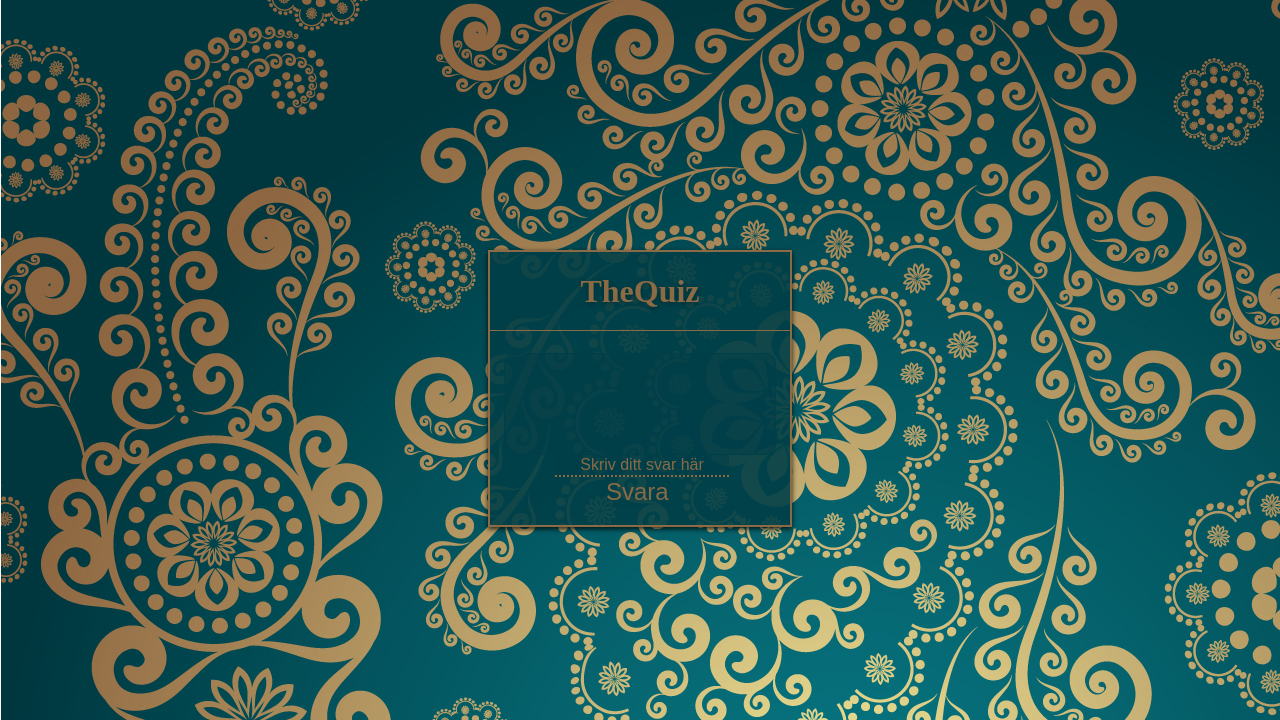
Repository: RebeccaFransson/1dv403-laborationer
Page: 4-thequiz/index.html
The author's editor kept a record of every edit. The page is drawn from the files as they stood at one moment, then again after the next edit.
The browser window is 1280 px wide. The pictures show the whole page.
The page's requests for data from a server got no answer.

Above is the page before.

### 4-thequiz/index.html
<!DOCTYPE html>
<html lang="sv">
<head>
	<meta charset="UTF-8" />
	<link rel="stylesheet" href="style.css" />
    <title>JavaScript - TheQuiz</title>
</head>
    <body>
        <div id="content">
        <header><h1>TheQuiz</h1></header>
        <div id="nr">
            <div id="quest"></div>

        </div>
        <form>
     		<input placeholder="Skriv ditt svar här" type="text" id="textvalue" >
     		<input type="submit" value="Svara" id="send"/>
     		<p id="value"></p>
        </form>

        <div id="wrong" class="hidden" >
            <h2>Fel svar</h2> försök igen!
        </div>
        <div id="right" class="hidden" >
            <h2>Rätt svar</h2> nu svara på nästa fråga!
        </div>

 		</div>
 		<script src="script/theQuiz.js"></script>
    </body>
</html>

### 4-thequiz/style.css
body{
    background-image: url('BG.jpg');
    color:#8B6B45;
}
#content{
    width:300px;
    margin:auto;
    margin-top:250px;
    border: 2px solid #8B6B45;
    box-shadow: 0 2px 5px rgba(0, 0, 0, 0.8);
    background-color:rgba(0, 63, 72, 0.9);

}
h1{
    width: 300px;
    text-align:center;
    border:rgba(0, 63, 72, 0.5);
    border-bottom:1px solid #8B6B45;
    padding-bottom:20px;
    text-shadow: 0 2px 5px rgba(0, 0, 0, 0.3);
}
#nr{
    width: 270px;
    height:100px;
    margin:auto;
    text-shadow: 0 2px 5px rgba(0, 0, 0, 0.8);
    text-align:center;
    font-size:1em;
    background-color:rgba(0, 63, 72, 0.5);
    border:1px solid rgb(0, 63, 72);
    -moz-border-radius: 10px;
    border-radius: 10px;
}
#quest{
    text-shadow: 0 2px 5px rgba(0, 0, 0, 0.3);
    text-align:center;
    font-size:2em;
    margin:10px;
}
form{
    width:270px;
    height:70px;
    margin:auto;
}
#textvalue{
    width:170px;
    position:relative;
    left:50px;
    border:rgba(0, 63, 72, 0.5);
    border-bottom:2px dotted #8B6B45;
    text-align:center;
    font-size:1em;
    background-color:rgba(0, 63, 72, 0.5);
    color: #8B6B45;
}
#send{
    width:70px;
    color: #8B6B45;
    margin-left:95px;
    border:none;
    font-size:1.5em;
    background-color:rgba(0, 63, 72, 0.1);

}
#send:hover{
    color:#8D6541;
    text-shadow: 0 5px 5px rgba(0, 0, 0, 0.3);
}
::-webkit-input-placeholder {
   color: #8B6B45;
}

:-moz-placeholder { /* Firefox 18- */
   color: #8B6B45;
}

::-moz-placeholder {  /* Firefox 19+ */
   color: #8B6B45;
}

:-ms-input-placeholder {
   color: #8B6B45;
}

.answer{
    width:300px;
    font-size:1.5em;
    text-align:center;
    position:absolute;
    top:270px;
    -moz-border-radius: 10px;
    border-radius: 10px;
    box-shadow: 0 5px 5px rgba(0, 0, 0, 0.8);
}

h2{
    font-size:1.8em;
    text-shadow: 0 2px 5px rgba(0, 0, 0, 0.3);
    margin:0;
}
#wrong{
    background-color:red;
}
#right{
    background-color:green;
}
.hidden{
    display:none;
}

### 4-thequiz/script/theQuiz.js
window.onload = function()  {


        var xhr = new XMLHttpRequest();

        xhr.onreadystatechange = function(){ //denna kod skall köras när vi får ett svar
            console.log('svar');
            if(xhr.readyState === 4 && xhr.status === 200){//allt ok

                var quest = JSON.parse(xhr.responseText);
                console.log('OK'+quest.question); //svarstext

                document.getElementById('quest').innerHTML = quest.question;

                document.getElementById('send').addEventListener('click', function(e){//hämtar ut knapp, sätter klick

            });


            }else if(xhr.status === 404){
                    console.log('Hittades ej');
            }else{
                console.log('Fått tillbaka svar men annat fel' + xhr.readyState);
            }


        };

        xhr.open('GET', "http://vhost3.lnu.se:20080/question/1", true); //asynkromt anrop

        xhr.send(null);



}

var send = function(){


                var input = document.getElementById('textvalue').value;

                xhr.open('POST', quest.nextURL, true);//skicka data till nästa url
                xhr.setRequestHeader('Content-Type', 'application/json');//talar om att ypen är json
                var product = {
                    id: 1,
                    answer: input,
                }
                xhr.send(JSON.stringify(product));

                console.log(back.message);
}

After the next edit:
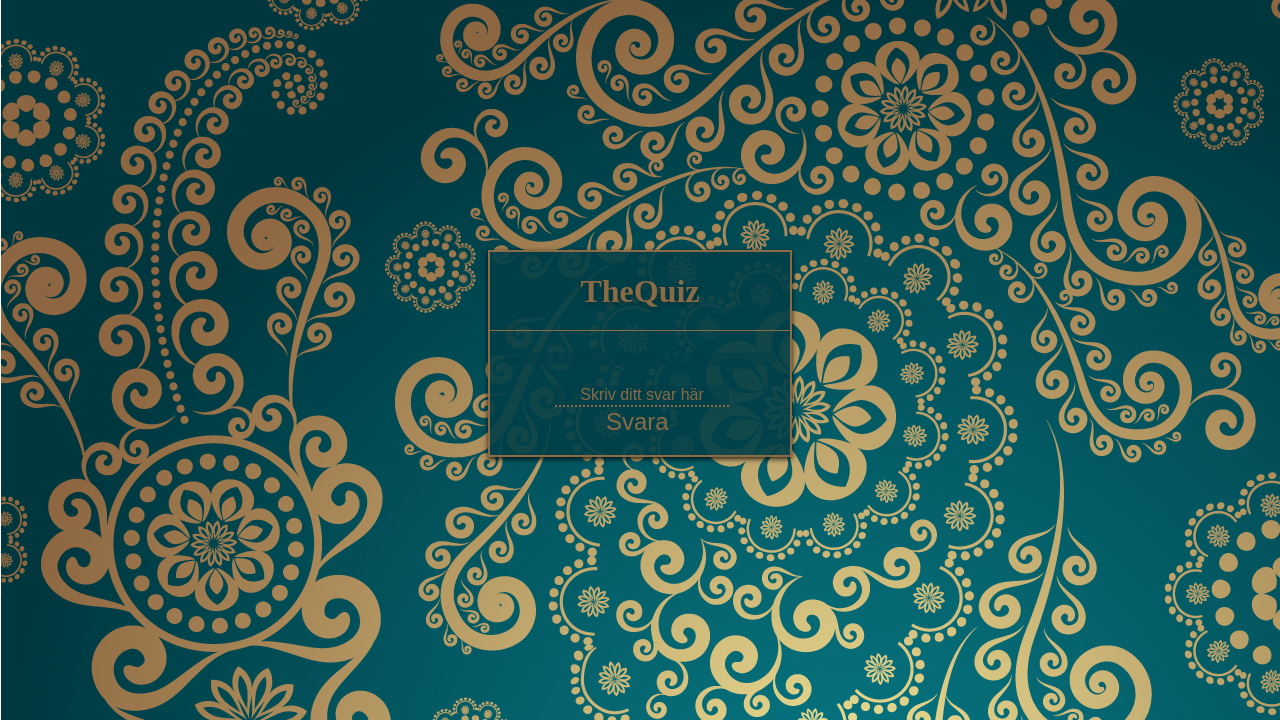
The edit:
--- a/4-thequiz/style.css
+++ b/4-thequiz/style.css
@@ -21,8 +21,8 @@
 }
 #nr{
     width: 270px;
-    height:100px;
     margin:auto;
+    margin-bottom:20px;
     text-shadow: 0 2px 5px rgba(0, 0, 0, 0.8);
     text-align:center;
     font-size:1em;
